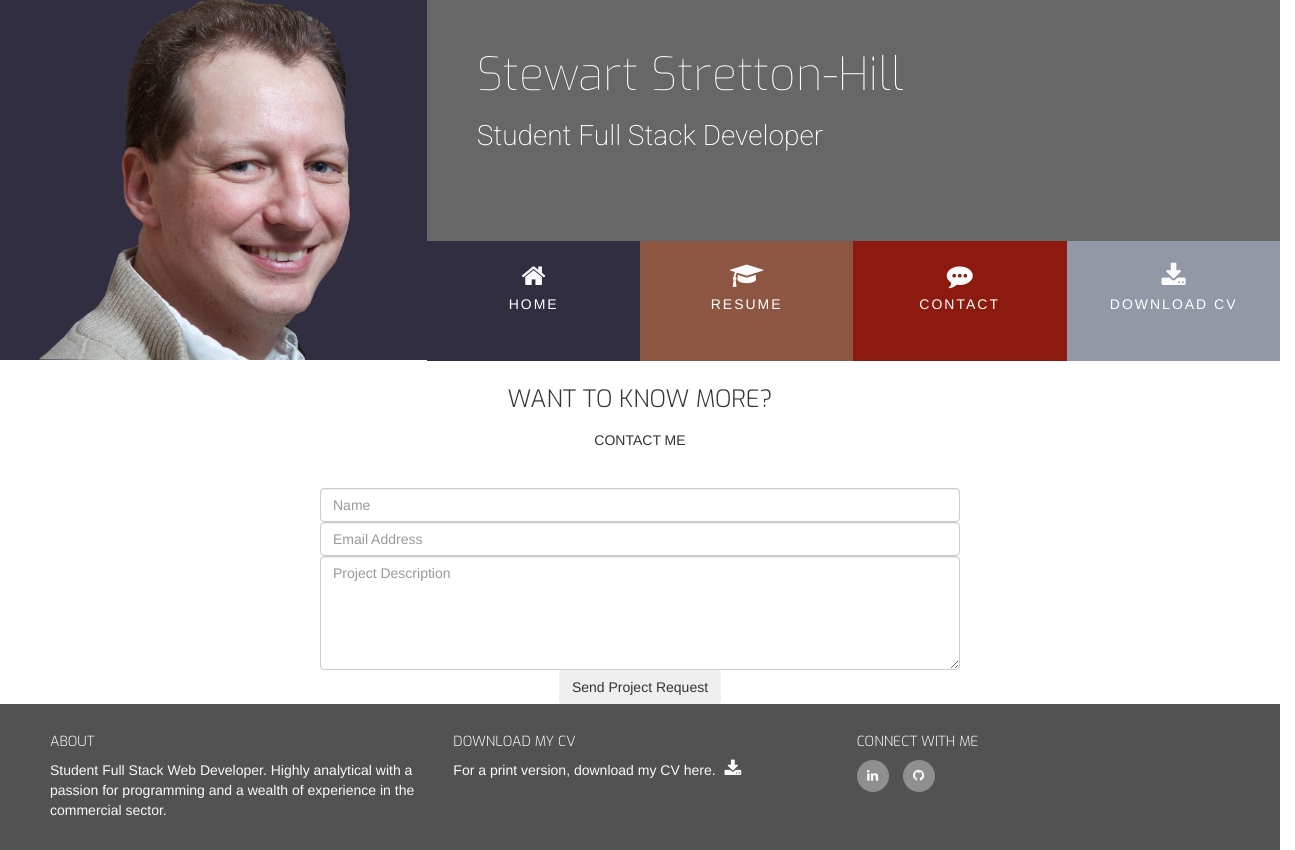
Repository: Shilldon/CV
Page: contact.html
The author's editor kept a record of every edit. The page is drawn from the files as they stood at one moment, then again after the next edit.
The browser window is 1280 px wide. The page is 1280 px wide, then 1295 px, so the pictures cover 1295 px, including what lies to the right of the window. The pictures show the whole page.

Above is the page before.

After the next edit:
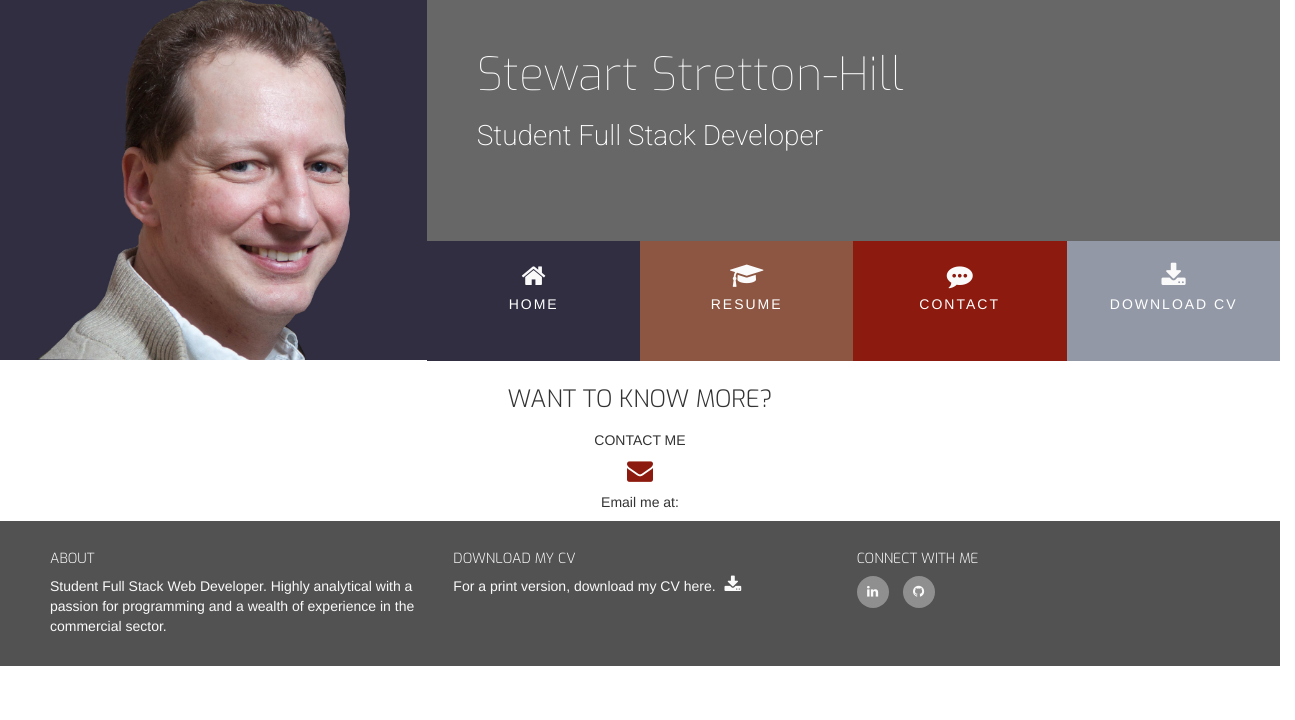
The edit:
--- a/contact.html
+++ b/contact.html
@@ -49,13 +49,12 @@
                 <h3 class="contact-heading uppercase text-center">Want to know more?</h3>
                 <h5 class="uppercase text-center">Contact me</h5>
             </div>
-            <div class="center-form">
-                <form>
-                    <input type="text" name="name" class="form-control" id="fullname" placeholder="Name" required />
-                    <input type="text" name="email-address" class="form-control" id="emailaddress" placeholder="Email Address" required/>
-                    <textarea rows="5" name="projectsummary" class="form-control" id="projectsummary" placeholder="Project Description" required></textarea>
-                    <button type="submit" class="btn btn-secondary center-block">Send Project Request</button>
-                </form>
+            <div class="row">
+                <div class="col-xs-10 col-xs-offset-1 text-center">
+                    <i class="three-reasons-icon fa fa-envelope" aria-hidden="true"></i>
+                    <h5>Email me at:</h5>
+                    <p></p>
+                </div>
             </div>
         </div>
     </section>
